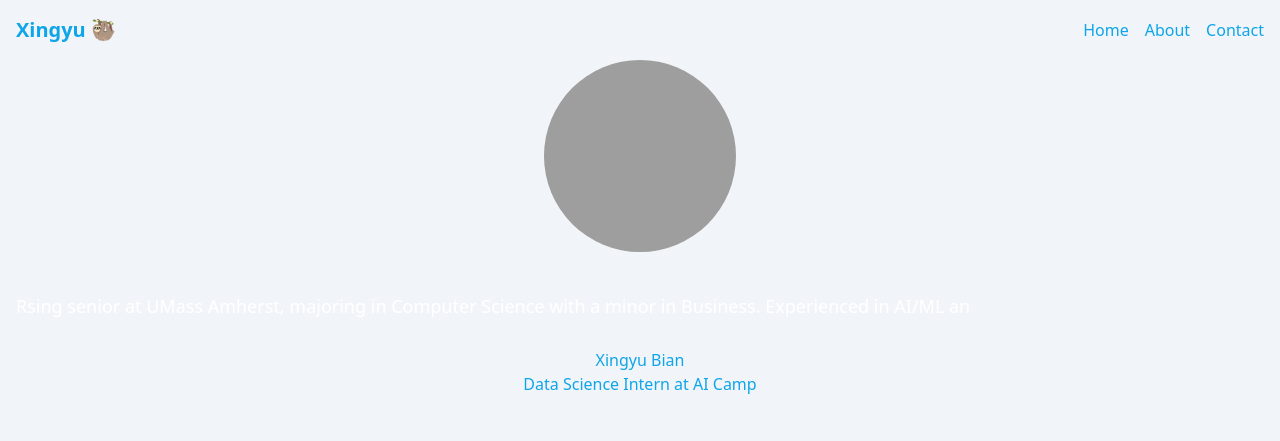
Repository: therealcyberlord/personal-portfolio
Page: /
An editor plug-in stored every save of this project. The page is shown before and after the next save, followed by the edit.
The browser window is 1280 px wide. The pictures show the whole page.
Pictures or frames that could not be fetched are drawn as grey boxes. The project was rebuilt for these pictures with package versions that can differ from the ones it lists, and the page was loaded fresh each time. Also part of the build but not shown: vite.config.ts, src/pages/About.tsx, src/pages/Contact.tsx.

Above is the page before, as saved 2023-07-23 00:47:00.

### src/App.tsx
import { BrowserRouter as Router, Routes, Route } from "react-router-dom";
import Home from "./pages/Home";
import About from "./pages/About";
import Contact from "./pages/Contact";
import Navbar from "./components/Nav";

function App() {
  return (
    <div className="w-screen h-screen bg-slate-100 dark:bg-slate-800">
      <Router>
        <Navbar />
        <Routes>
          <Route path="/" element={<Home />} />
          <Route path="/about" element={<About />} />
          <Route path="/contact" element={<Contact />} />
        </Routes>
      </Router>
    </div>
  );
}

export default App;

### src/pages/Home.tsx
import Profile from "../components/Profile";

// home page
const Home = () => {
  return (
    <Profile
      name="Xingyu Bian"
      description="Rising senior at UMass Amherst, majoring in Computer Science with a minor in Business. Experienced in AI/ML and web development. Passionate about leveraging machine learning, particularly large language models (LLMs), to tackle complex problems."
      img_path="https://avatars.githubusercontent.com/u/30872286?v=4"
      role="Data Science Intern at AI Camp"
    />
  );
};

export default Home;

### src/components/Nav.tsx
import { Link } from "react-router-dom";

const Navbar = () => {
  return (
    <nav className="p-4">
      <div className="flex justify-between items-center">
        <div className="text-sky-500 dark:text-sky-400 font-bold text-xl">
          Xingyu 🦥
        </div>
        <ul className="flex space-x-4">
          <li>
            <Link
              to="/"
              className="text-sky-500 dark:text-sky-400 hover:text-blue-200 dark:hover:text-blue-200 transition duration-300"
            >
              Home
            </Link>
          </li>
          <li>
            <Link
              to="/about"
              className="text-sky-500 dark:text-sky-400 hover:text-blue-200 dark:hover:text-blue-200 transition duration-300"
            >
              About
            </Link>
          </li>
          <li>
            <Link
              to="/contact"
              className="text-sky-500 dark:text-sky-400 hover:text-blue-200 dark:hover:text-blue-200 transition duration-300"
            >
              Contact
            </Link>
          </li>
        </ul>
      </div>
    </nav>
  );
};

export default Navbar;

### src/components/Profile.tsx
import React, { useState, useEffect } from "react";

interface ProfileProps {
  name: string;
  description: string;
  img_path: string;
  role: string;
}

const Profile: React.FC<ProfileProps> = ({
  name,
  description,
  img_path,
  role,
}) => {
  const [typedText, setTypedText] = useState("");

  useEffect(() => {
    let currentIndex = 0;
    const intervalId = setInterval(() => {
      if (currentIndex < description.length) {
        console.log(description[currentIndex]);
        setTypedText((prevText) => prevText + description[currentIndex]);
        currentIndex++;
      } else {
        clearInterval(intervalId);
      }
    }, 50);

    return () => {
      clearInterval(intervalId);
    };
  }, [description]);

  return (
    <>
      <img
        className="w-48 h-48 rounded-full mx-auto"
        src={img_path}
        alt="Xingyu's profile picture"
        width="384"
        height="512"
      />
      <figure className="md:flex">
        <div className="pt-6 text-center space-y-4">
          <blockquote>
            <p className="p-4 text-lg font-medium text-white ">{typedText}</p>
          </blockquote>
        </div>
      </figure>
      <figcaption className="font-medium text-center my-3">
        <div className=" text-sky-500 dark:text-sky-400 font-sans">{name}</div>
        <div className=" text-sky-500 dark:text-sky-400 font-sans">{role}</div>
      </figcaption>
    </>
  );
};

export default Profile;

### tailwind.config.js
/** @type {import('tailwindcss').Config} */

export default {
  content: ["./index.html", "./src/**/*.{js,ts,jsx,tsx}"],
  theme: {
    extend: {
      colors: {
        primary: "#202225",
        secondary: "#5865f2",
      },
    },
  },
  plugins: [],
};

Loaded but not shown: src/main.tsx (common file); src/index.css (common file)

After the next save:
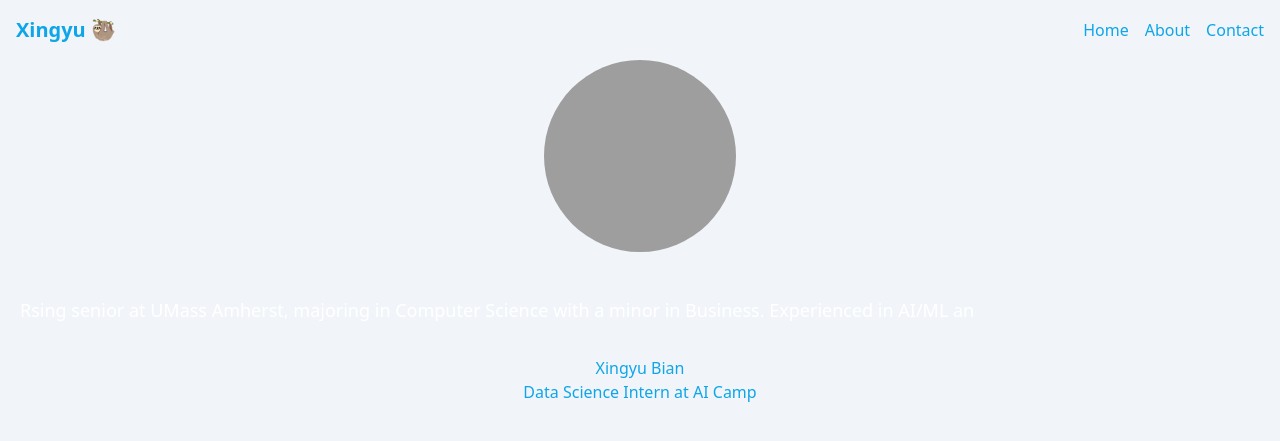
Saved 35 s later.
--- a/src/components/Profile.tsx
+++ b/src/components/Profile.tsx
@@ -44,7 +44,7 @@ const Profile: React.FC<ProfileProps> = ({
       <figure className="md:flex">
         <div className="pt-6 text-center space-y-4">
           <blockquote>
-            <p className="p-4 text-lg font-medium text-white ">{typedText}</p>
+            <p className="p-5 text-lg font-medium text-white ">{typedText}</p>
           </blockquote>
         </div>
       </figure>
